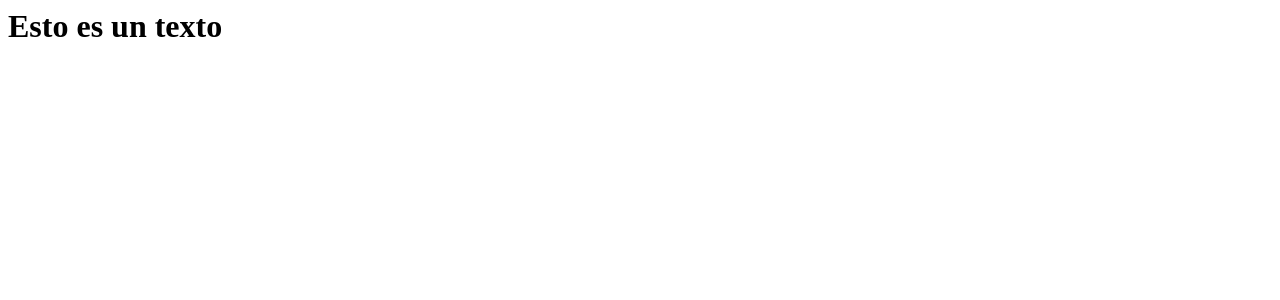
Repository: jocarsa/ThreeJSVJ
Page: ofuscacion/contenido.html
The author's editor kept a record of every edit. The page is drawn from the files as they stood at one moment, then again after the next edit.
The browser window is 1280 px wide. The pictures show the whole page.

Above is the page before.

### ofuscacion/contenido.html
<html>
    <head>

    </head>
    <body>
        <h1>Esto es un texto</h1>
    </body>
</html>

After the next edit:
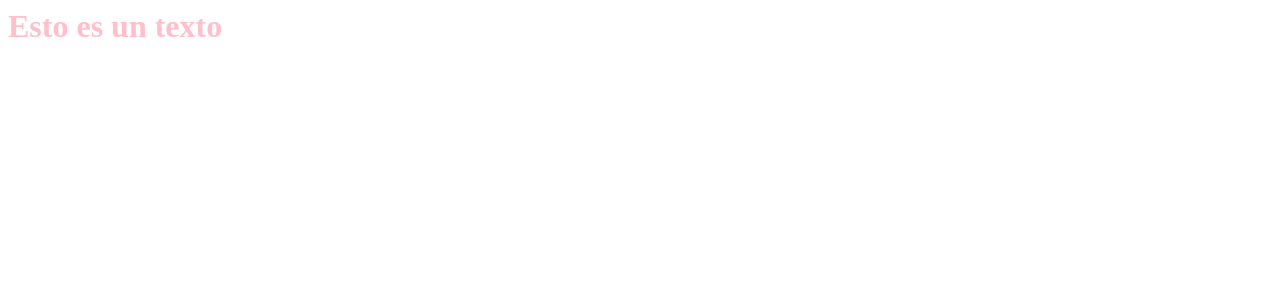
The edit:
--- a/ofuscacion/contenido.html
+++ b/ofuscacion/contenido.html
@@ -1,6 +1,8 @@
 <html>
     <head>
-
+        <style>
+            h1{color:pink;}
+        </style>
     </head>
     <body>
         <h1>Esto es un texto</h1>
